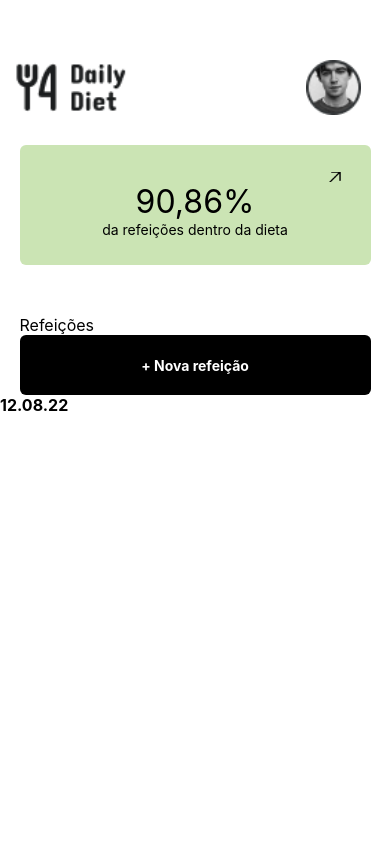
Repository: GustavoMSevero/dailydiet
Screen: /
These files come from the project's save history. The screen is drawn as it stood at one moment and after the next save; the edit follows.
The app was drawn by React Native's web renderer in a window 390 px wide. The project was rebuilt for these pictures with package versions that can differ from the ones it lists, and the page was loaded fresh each time. Some packages were replaced by stand-ins written for this rebuild.

Above is the screen before, as saved 2024-12-06 15:49:35.

After the next save:
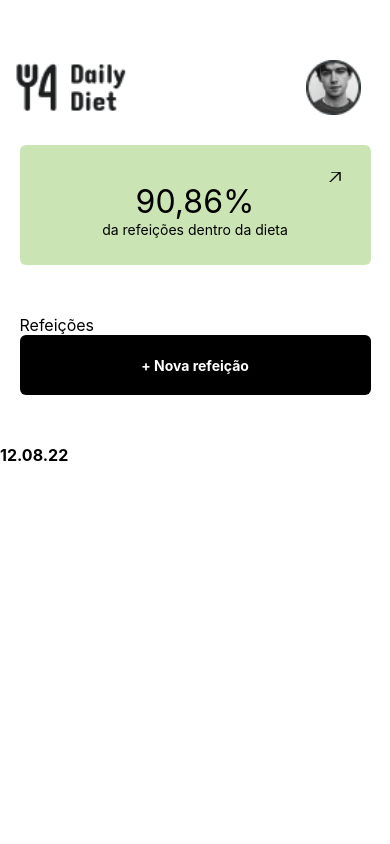
Saved 14 s later.
--- a/src/components/Date/styles.ts
+++ b/src/components/Date/styles.ts
@@ -4,7 +4,7 @@ export const Container = styled.View`
     width: 100%;
     height: 50px;
 
-    margin-top: 50px;
+    margin-top: 100px;
 `;
 
 export const DateText = styled.Text`
